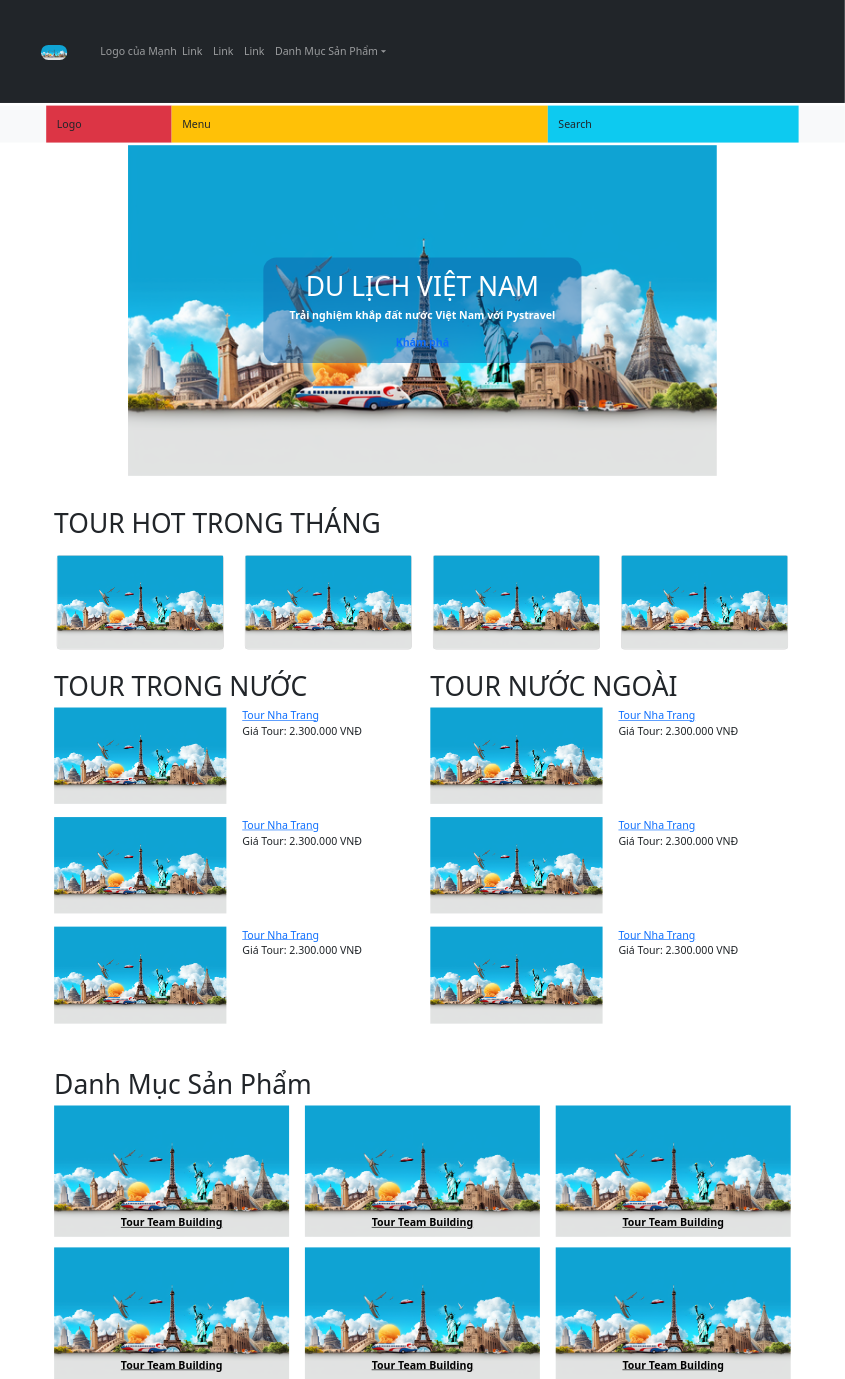
Repository: manhtdxxx/Tour-Booking-Webapp
Page: http://localhost/bookingTour/
An editor plug-in stored every save of this project. The page is shown before and after the next save, followed by the edit.
The browser window is 1280 px wide. The pictures show the whole page, at 66% of full size.
The page is served by Tomcat 9.

Above is the page before, as saved 2024-11-04 08:32:59.

After the next save:
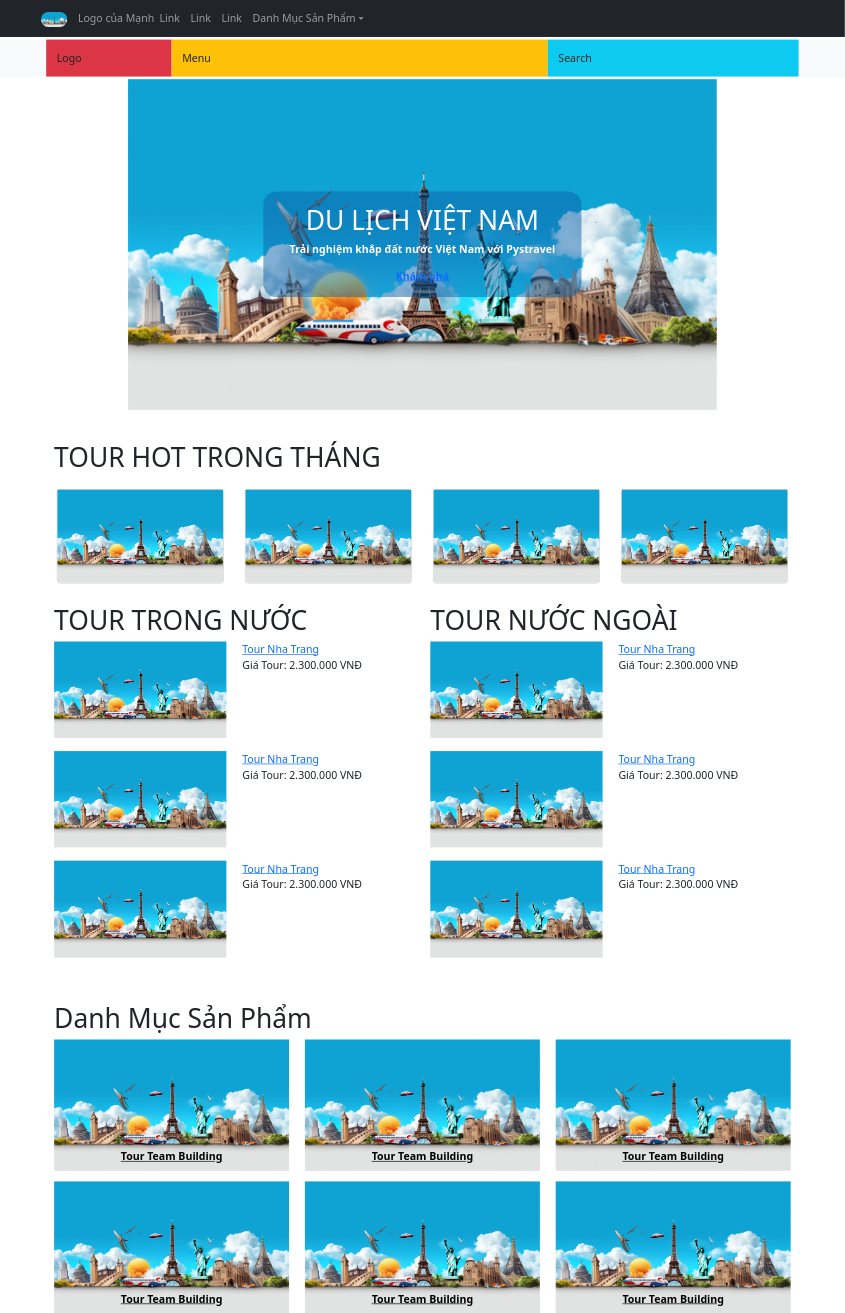
Saved 9 s later.
--- a/bookingTour/src/main/webapp/css/style.css
+++ b/bookingTour/src/main/webapp/css/style.css
@@ -1,7 +1,7 @@
 @charset "UTF-8";
 
 .navbar-brand {
-	margin: 50px;
+	margin-left: 50px;
 }
 
 .banner, .banner>div {
